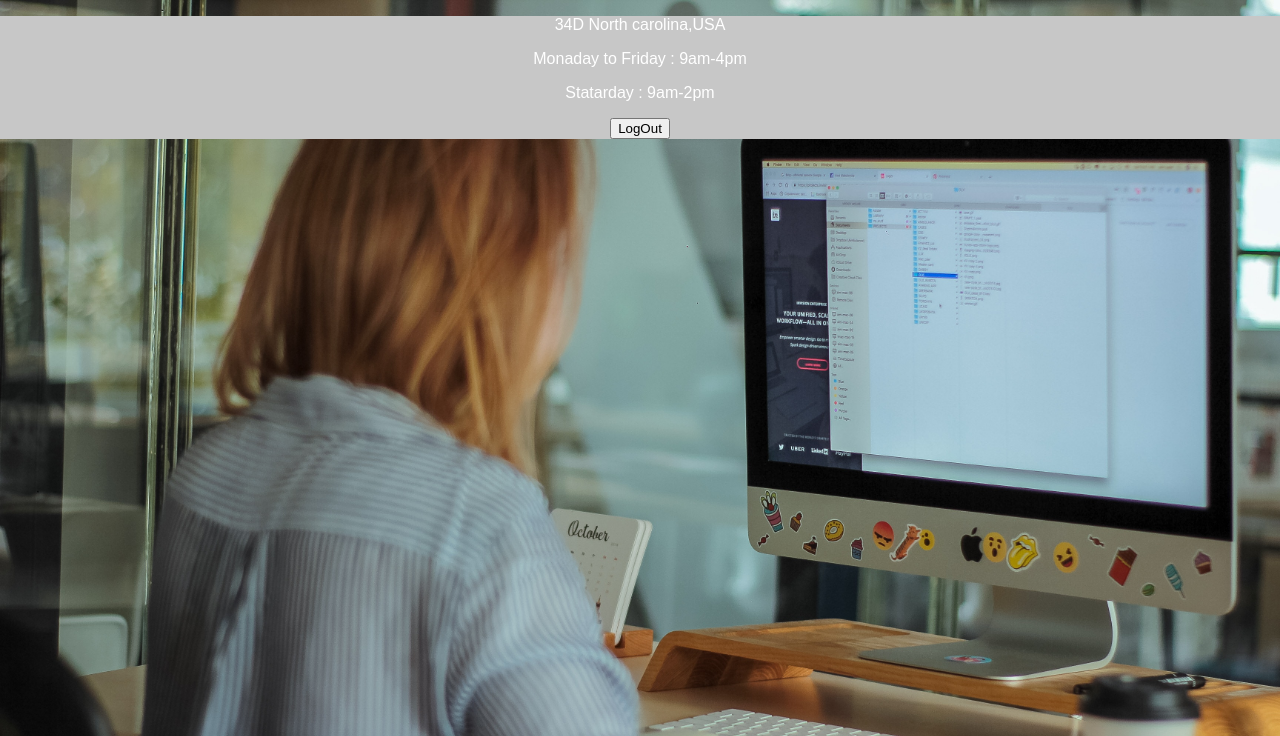
Repository: MyselfAman/Login_Page_Servlet
Page: http://localhost/Login_Page/About_Us.jsp
These files come from the project's save history. The page is drawn as it stood at one moment and after the next save; the edit follows.
The browser window is 1280 px wide. The pictures show the whole page.
The page is served by Tomcat 9. The session is filled in as if someone had signed in: {"name": "Test User"}.

Above is the page before, as saved 2019-08-08 06:08:51.

After the next save:
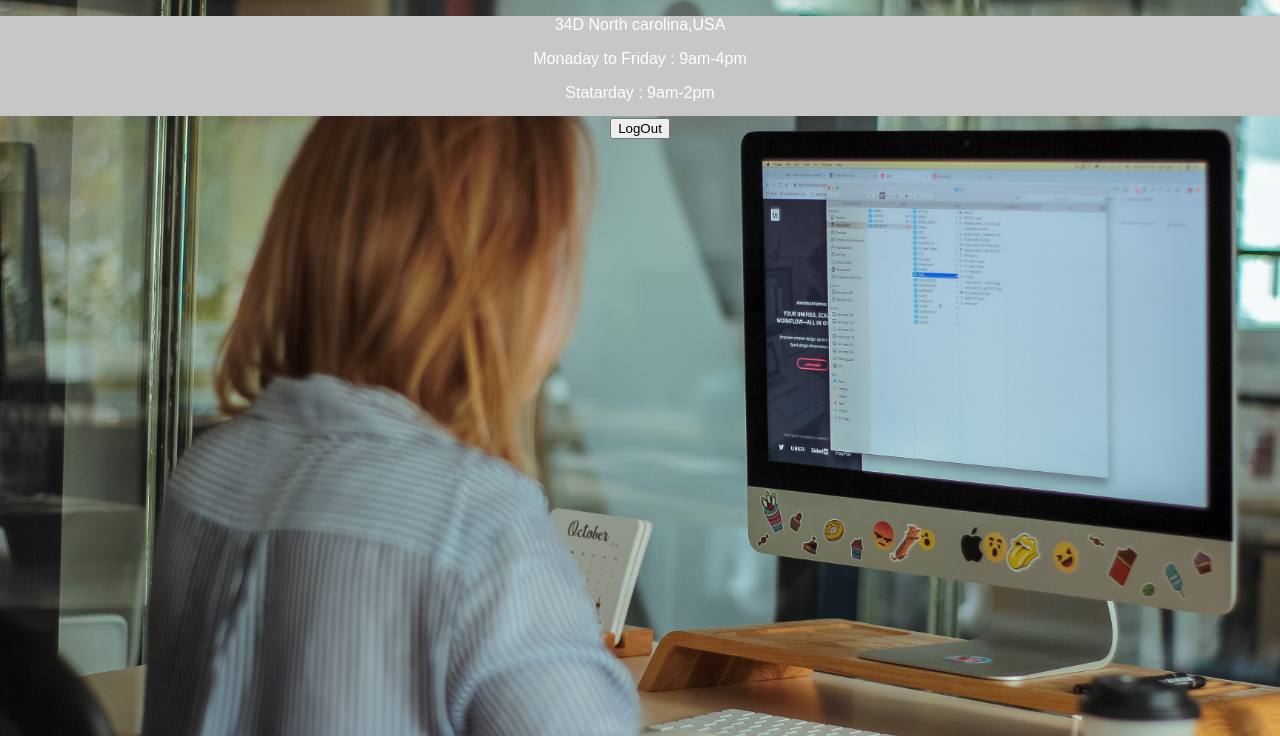
Saved 29 s later.
--- a/Login_Page/WebContent/About_Us.css
+++ b/Login_Page/WebContent/About_Us.css
@@ -13,4 +13,5 @@ body {
 
 div{
 	background-color:#c7c7c7;
+	height:100px;
 }
